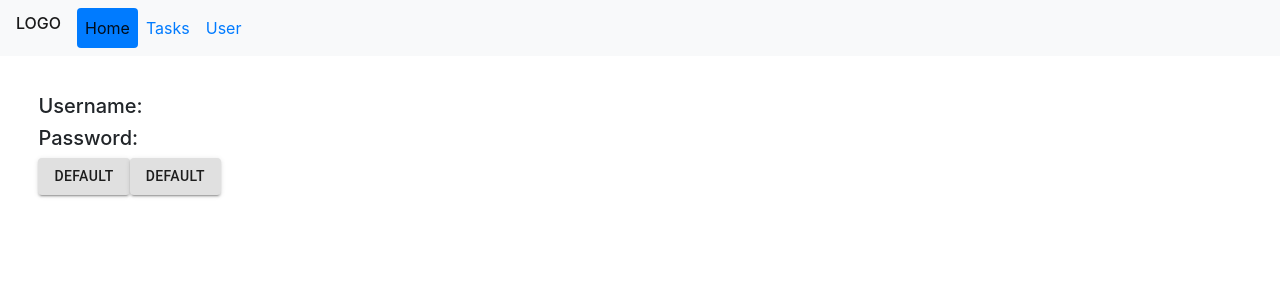
Repository: lalji-yadav/Nimapinfotech-demo-project
Page: /user
The author's editor kept a copy of each file at every save. The page is drawn from the files as they stood at one save, then again after the next save.
The browser window is 1280 px wide. The pictures show the whole page.
The project was rebuilt for these pictures with package versions that can differ from the ones it lists, and the page was loaded fresh each time. Also part of the build but not shown: src/components/Home.js, src/components/Tasks.js, src/components/Login.js.

Above is the page before, as saved 2021-01-17 19:16:04.

### src/App.js
// import './App.css';
import Navbar from "./components/Navbars";
import Login from "./components/Login";


function App() {
  return (
    <div>

    {/* <Login /> */}
    <Navbar />
    </div>
  );
}

export default App;

### src/components/Navbars.js
import React from 'react';
import { Navbar,Nav,NavDropdown,Form,FormControl ,Button } from 'react-bootstrap';
import {
  BrowserRouter as Router,
  Switch,
  Route,
  Link
} from "react-router-dom";

import Home from "./Home";
import Tasks from "./Tasks";
import User from "./Users";
import Login from "./Login";


const Navbars=()=> {
        return (
            <div>

              <Router>
                  <Navbar bg="light" expand="lg">
                      <Navbar.Brand> <h6>LOGO</h6></Navbar.Brand>
                      <Navbar.Toggle aria-controls="basic-navbar-nav" />
                      <Navbar.Collapse id="basic-navbar-nav">
                      <Nav variant="pills" defaultActiveKey="/">
                        <Nav.Item>
                          <Nav.Link href="/">Home </Nav.Link>
                        </Nav.Item>
                        <Nav.Item>
                          <Nav.Link eventKey="link-1"> <Link to="/tasks"> Tasks </Link> </Nav.Link>
                        </Nav.Item>
                        <Nav.Item>
                          <Nav.Link eventKey="link-2">
                          <Link to="/user"> User </Link>
                          </Nav.Link>
                        </Nav.Item>
                      </Nav>
                      </Navbar.Collapse>
                    </Navbar>


                    <Switch>
                      <Route exact path="/" component={Home} />

                      <Route exact path="/user" component={User} />

                      <Route exact path="/tasks" component={Tasks} />

                      <Route exact path="/login" component={Login} />

                    </Switch>
             </Router>

            </div>
        );
    }

export default Navbars;

### src/components/Users.js
import React from 'react';
import { TableBody,Button } from "@material-ui/core";

const User=()=> {

        return (
            <div style={{padding:"3%"}}>
                <div className="row" c>
                    <div className="col-sm-5">
                        <h5>Username:</h5> <span> </span>
                        <h5>Password:</h5> <span> </span>
                    </div>
                </div>

                <div className="row">
                    <div className="col-sm-4">
                    <Button variant="contained">Default</Button>
                    <Button variant="contained">Default</Button>
                    </div>

                </div>
            </div>
        );
    }

export default User;

### src/App.css
.scroll-tab {
    height: 55vh;
    margin: 3% 3% 5% 3%;
    overflow-y: scroll;
    border: "1px solid red";
}
::-webkit-scrollbar{
    width: 12px;
    height: 12px;
}
::-webkit-scrollbar-track {
    box-shadow: inset 0 0 10px #4A4A4A;
    border-radius: 10px;
    }

    ::-webkit-scrollbar-thumb {
    border-radius: 10px;
    background: #4A4A4A;
}

Loaded but not shown: public/index.html (common file); src/index.js (common file); src/index.css (common file); src/reportWebVitals.js (common file)

After the next save:
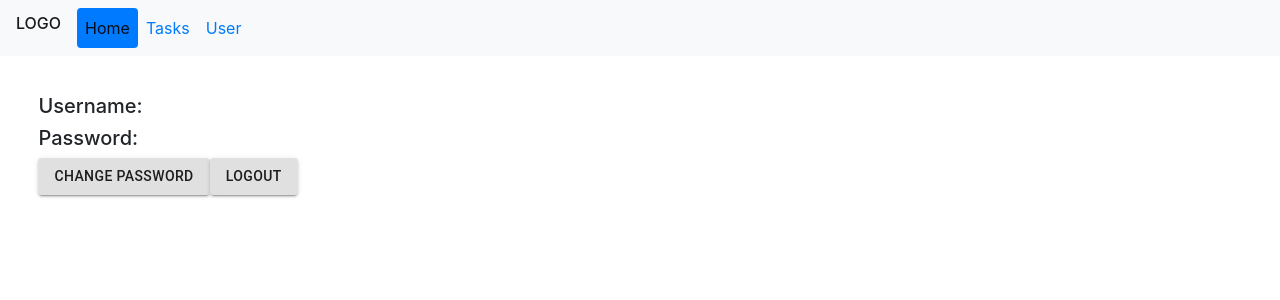
Saved 15 min 58 s later.
--- a/src/components/Users.js
+++ b/src/components/Users.js
@@ -14,8 +14,8 @@ const User=()=> {
 
                 <div className="row">
                     <div className="col-sm-4">
-                    <Button variant="contained">Default</Button>
-                    <Button variant="contained">Default</Button>
+                    <Button variant="contained">Change password</Button>
+                    <Button variant="contained">Logout</Button>
                     </div>
 
                 </div>
